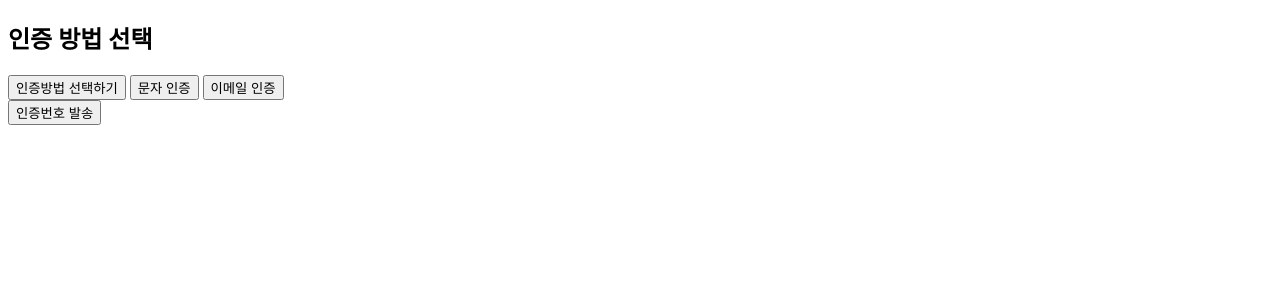
Repository: 0hmuse/day0330-2
Page: day0330-1/src/main/resources/static/test2.html
These files come from the project's save history. The page is drawn as it stood at one moment and after the next save; the edit follows.
The browser window is 1280 px wide. The pictures show the whole page.

Above is the page before, as saved 2020-03-30 08:23:50.

After the next save:
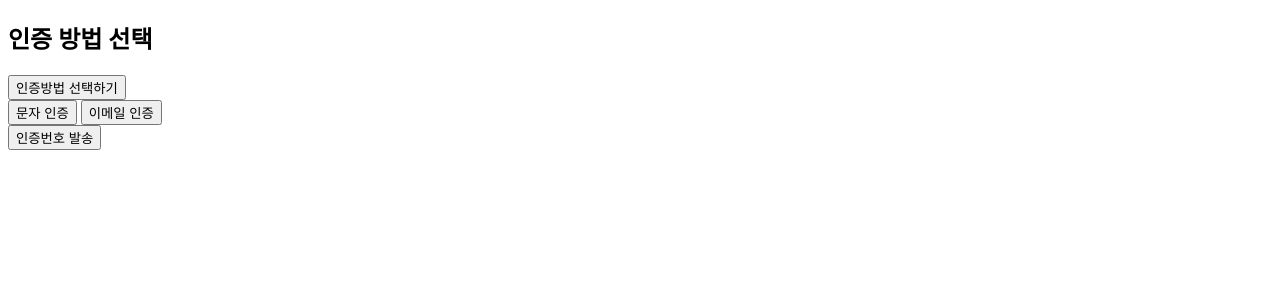
Saved 9 s later.
--- a/day0330-1/src/main/resources/static/test2.html
+++ b/day0330-1/src/main/resources/static/test2.html
@@ -38,7 +38,7 @@ $(function(){
 </head>
 <body>
 <h2>인증 방법 선택</h2>
-<button id="sel">인증방법 선택하기</button>
+<button id="sel">인증방법 선택하기</button><br>
 <button id="sms">문자 인증</button>
 <button id="email">이메일 인증</button>
 <form id="f">
